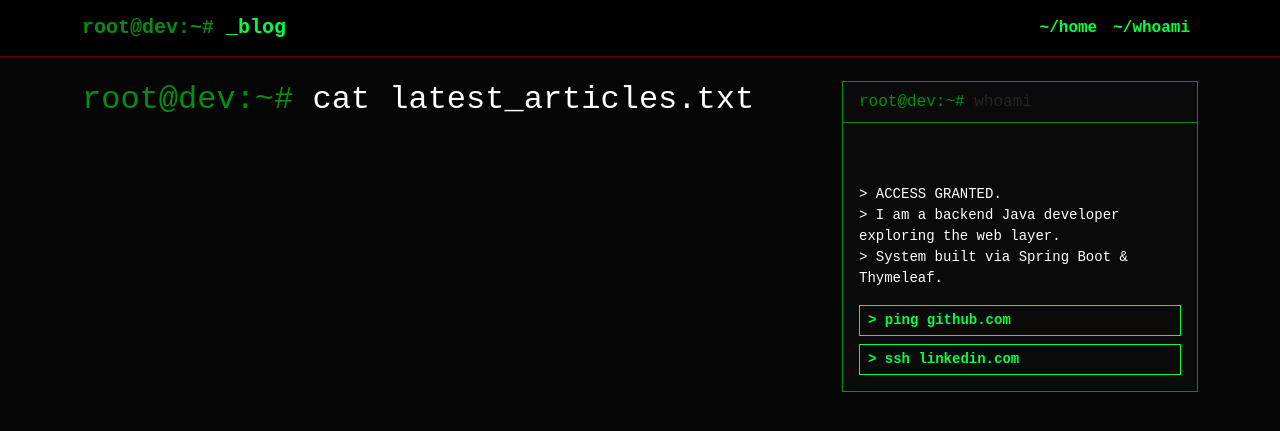
Repository: gd0t/gd0t-blog
Page: http://localhost/index
An editor plug-in stored every save of this project. The page is shown before and after the next save, followed by the edit.
The browser window is 1280 px wide. The pictures show the whole page.
The page is this project's Thymeleaf template; nobody is signed in. The template is opened directly, without the code that normally fills it, so the values that code supplies are empty.

Above is the page before, as saved 2026-05-21 00:26:44.

### gd0t/src/main/resources/templates/index.html
<!DOCTYPE html>
<!-- Adding the thymeleaf template engine and spring-security plugin -->
<html xmlns:th="http://www.thymeleaf.org" xmlns:sec="http://www.thymeleaf.org/extras/spring-security" lang="en">
<head>
    <meta charset="UTF-8">
    <meta name="viewport" content="width=device-width, initial-scale=1">
    <title>gd0t@space:~$</title>

    <link href="https://cdn.jsdelivr.net/npm/bootstrap@5.3.2/dist/css/bootstrap.min.css" rel="stylesheet">
    <link rel="stylesheet" href="https://cdn.jsdelivr.net/npm/bootstrap-icons@1.11.1/font/bootstrap-icons.css">
    <link rel="stylesheet" th:href="@{/css/style.css}">
</head>
<body>

    <nav class="navbar navbar-expand-lg mb-4">
        <div class="container">
            <a class="navbar-brand prompt" href="/">_blog</a>
            <button class="navbar-toggler border-0" type="button" data-bs-toggle="collapse" data-bs-target="#navbarNav">
                <i class="bi bi-list" style="color: #00FF41; font-size: 1.5rem;"></i>
            </button>
            <div class="collapse navbar-collapse" id="navbarNav">
                <ul class="navbar-nav ms-auto align-items-center">
                    <li class="nav-item"><a class="nav-link" href="/">~/home</a></li>
                    <li class="nav-item"><a class="nav-link" href="#about">~/whoami</a></li>

                    <li class="nav-item ms-lg-3 mt-2 mt-lg-0" sec:authorize="isAuthenticated()">
                        <a class="btn btn-primary btn-sm" th:href="@{/new}">> sudo write_post</a>
                    </li>

                    <li class="nav-item ms-lg-3 mt-2 mt-lg-0" sec:authorize="isAuthenticated()">
                        <form th:action="@{/logout}" method="post" class="d-inline">
                            <button type="submit" class="btn btn-outline-dark btn-sm">> exit</button>
                        </form>
                    </li>
                </ul>
            </div>
        </div>
    </nav>

    <div class="container">
        <div class="row">

        	<!-- The posts take up 8 columns -->
            <div class="col-lg-8">
                <h2 class="mb-4 prompt">cat latest_articles.txt</h2>
                <div th:each="post : ${posts}" class="card mb-4">
                    <div class="card-header bg-transparent">
                        <h4 class="card-title fw-bold m-0" th:text="${post.title}">Title</h4>
                    </div>
                    <div class="card-body">
                        <!-- Truncate the text on the homepage so it's a preview -->
                        <p class="card-text" th:text="${#strings.abbreviate(post.content, 150)}">Content goes here...</p>

                        <!-- This link dynamically builds the URL to /post/1, /post/2, etc. -->
                        <a th:href="@{/post/{id}(id=${post.id})}" class="fw-bold">> execute read_more.sh</a>
                    </div>
                </div>
            </div>

            <!-- about me takes up to 4 columns -->
            <div class="col-lg-4">

                <!-- About Me Card -->
                <div class="card mb-4" id="about">
                    <div class="card-header border-bottom border-success prompt bg-transparent">
                        whoami
                    </div>
                    <div class="card-body">

                        <pre class="text-center mb-3" style="font-size: 0.6rem; color: #008F11;">

                        </pre>
                        <p class="card-text small">
                            > ACCESS GRANTED.<br>
                            > I am a backend Java developer exploring the web layer.<br>
                            > System built via Spring Boot & Thymeleaf.
                        </p>
                        <div class="d-flex flex-column gap-2 mt-3">
                            <a href="#" class="btn btn-outline-dark btn-sm text-start">> ping github.com</a>
                            <a href="#" class="btn btn-outline-dark btn-sm text-start">> ssh linkedin.com</a>
                        </div>
                    </div>
                </div>
                </div>
        </div>
    </div>
</body>
</html>

### gd0t/src/main/resources/static/css/style.css
body {
    background-color: #050505;
    font-family: 'Courier New', Courier, monospace;
}

.text-dark, .text-muted, .text-secondary {
    color: #FFF !important;
}

.navbar {
    background-color: #000000 !important;
    border-bottom: 1px solid #5C0000;
}

.navbar-brand, .nav-link {
    color: #00FF41 !important;
    font-weight: bold;
}

a {
    color: #00FF41;
    text-decoration: none;
}

a:hover {
    color: #00FF41;
    text-shadow: 0 0 8px #00FF41;
}

.card {
    background-color: #0A0A0A;
    border: 1px solid #008F11;
    border-radius: 0;
}
.card-header {
    border-bottom: 1px solid #008F11 !important;
}

.btn-primary, .btn-outline-light, .btn-outline-dark, button[type="submit"] {
    background-color: transparent;
    color: #00FF41;
    border: 1px solid #00FF41;
    border-radius: 0;
    font-weight: bold;
}
.btn-primary:hover, .btn-outline-light:hover, .btn-outline-dark:hover, button[type="submit"]:hover {
    background-color: #00FF41;
    color: #000000;
    box-shadow: 0 0 10px #00FF41;
}

.prompt::before {
    content: "root@dev:~# ";
    color: #008F11;
}

input[type="text"], textarea {
    background-color: #050505;
    color: #00FF41;
    border: 1px solid #008F11;
    border-radius: 0;
    width: 100%;
    padding: 10px;
}
input[type="text"]:focus, textarea:focus {
    outline: none;
    border-color: #00FF41;
    box-shadow: 0 0 8px #00FF41;
}

body {
	color: #FFF;
}

p {
	color: #FFF;
}

.text-dark, .text-muted, .text-secondary {
    color: #FFF !important;
}

After the next save:
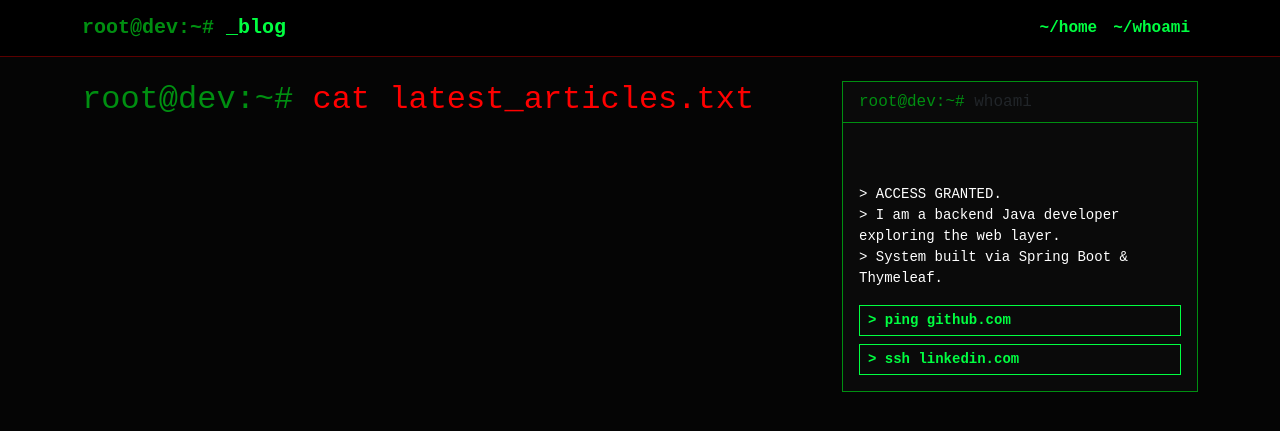
Saved 2 min 41 s later.
--- a/gd0t/src/main/resources/static/css/style.css
+++ b/gd0t/src/main/resources/static/css/style.css
@@ -69,7 +69,7 @@ input[type="text"]:focus, textarea:focus {
 }
 
 body {
-	color: #FFF;
+	color: red;
 }
 
 p {
